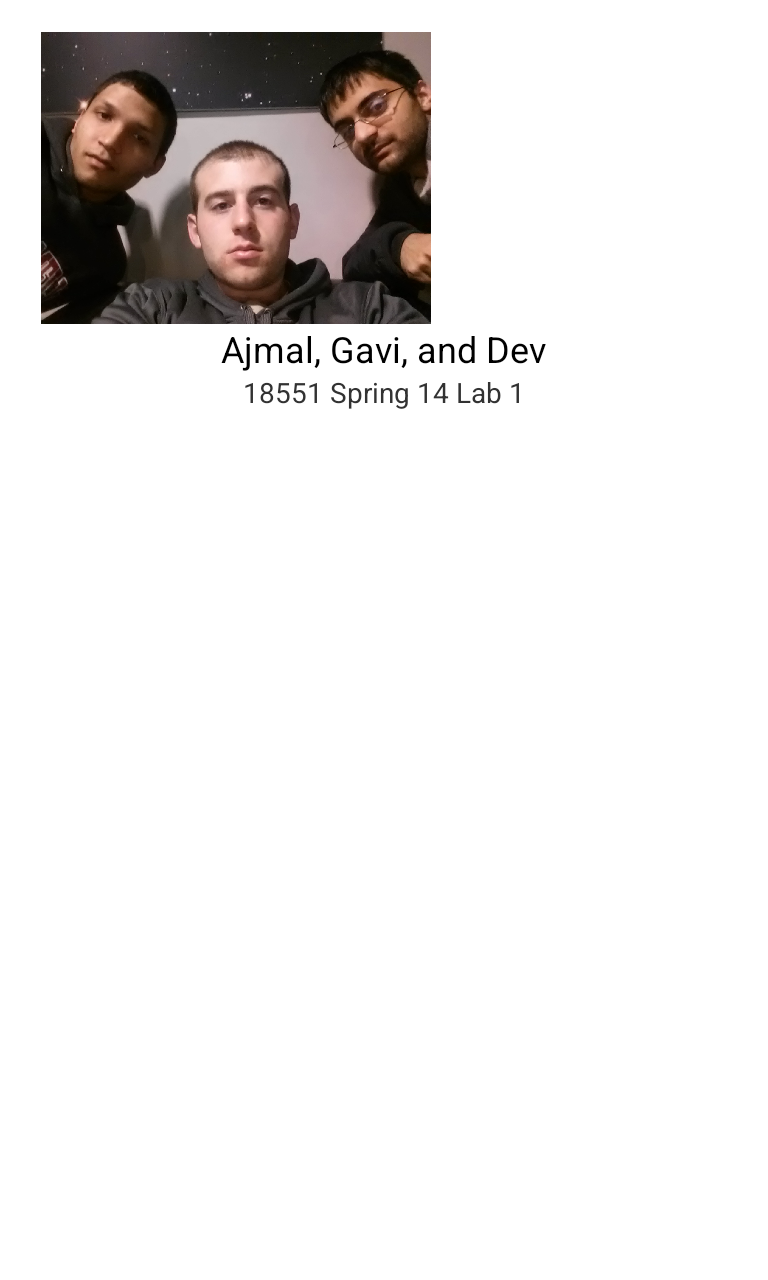
Repository: DevShah/18551
Layout: Lab1/Lab1/res/layout/activity_main.xml
The author's editor kept a copy of each file at every save. The layout is drawn from the files as they stood at one save, then again after the next save.
It is drawn on a 768 x 1280 px phone screen (xhdpi) without system bars, with theme AppTheme; the app's code is not run.

Above is the layout before, as saved 2014-01-27 03:10:35.

### Lab1/Lab1/res/layout/activity_main.xml
<RelativeLayout xmlns:android="http://schemas.android.com/apk/res/android"
    xmlns:tools="http://schemas.android.com/tools"
    android:layout_width="match_parent"
    android:layout_height="match_parent"
    android:paddingBottom="@dimen/activity_vertical_margin"
    android:paddingLeft="@dimen/activity_horizontal_margin"
    android:paddingRight="@dimen/activity_horizontal_margin"
    android:paddingTop="@dimen/activity_vertical_margin"
    tools:context=".MainActivity" >

    <LinearLayout
        android:id="@+id/linearLayout1"
        android:layout_width="match_parent"
        android:layout_height="wrap_content"
        android:orientation="vertical"
        tools:ignore="UselessParent" >

        <ImageView
            android:id="@+id/imageView1"
            android:layout_width="204dp"
            android:layout_height="146dp"
            android:src="@drawable/group_pic_2"
            tools:ignore="ContentDescription" />

        <TextView
            android:id="@+id/textView1"
            android:layout_width="wrap_content"
            android:layout_height="wrap_content"
            android:layout_gravity="center_horizontal"
            android:text="@string/ajmal_gavi_and_dev"
            android:textAppearance="?android:attr/textAppearanceMedium" />

        <TextView
            android:id="@+id/textView2"
            android:layout_width="wrap_content"
            android:layout_height="wrap_content"
            android:layout_gravity="center"
            android:text="@string/_18551_spring_14_lab_1"
            android:textAppearance="?android:attr/textAppearanceSmall" />

    </LinearLayout>

</RelativeLayout>

### Lab1/Lab1/res/values/strings.xml
<?xml version="1.0" encoding="utf-8"?>
<resources>

    <string name="app_name">Lab1</string>
    <string name="action_settings">Settings</string>
    <string name="hello_world">Hello world!</string>
    <string name="ajmal_gavi_and_dev">Ajmal, Gavi, and Dev</string>
    <string name="_18551_spring_14_lab_1">18551 Spring 14 Lab 1</string>

</resources>

Loaded but not shown: Lab1/Lab1/res/values/styles.xml (common file); Lab1/Lab1/res/values-v11/styles.xml (common file); Lab1/Lab1/res/values-v14/styles.xml (common file); Lab1/Lab1/res/values/dimens.xml (common file)

After the next save:
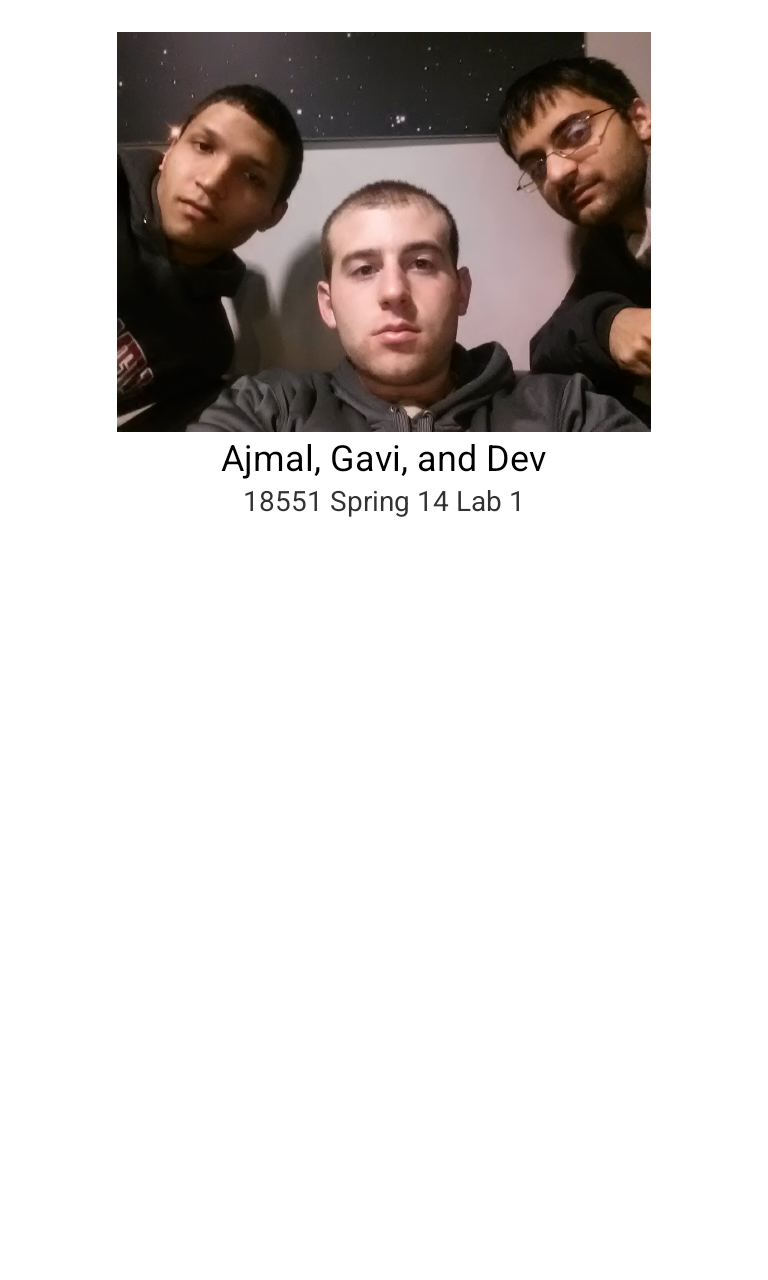
Saved 76 s later.
--- a/Lab1/Lab1/res/layout/activity_main.xml
+++ b/Lab1/Lab1/res/layout/activity_main.xml
@@ -17,8 +17,8 @@
 
         <ImageView
             android:id="@+id/imageView1"
-            android:layout_width="204dp"
-            android:layout_height="146dp"
+            android:layout_width="match_parent"
+            android:layout_height="200dp"
             android:src="@drawable/group_pic_2"
             tools:ignore="ContentDescription" />
 
